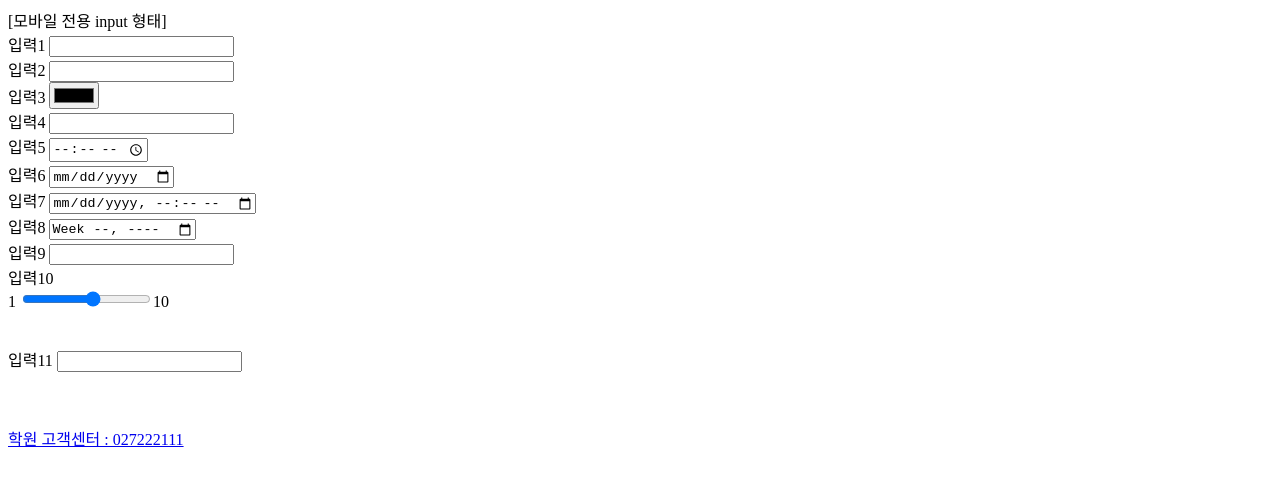
Repository: mnemion/BackendClass
Page: web/src/main/webapp/m/index.html
These files come from the project's save history. The page is drawn as it stood at one moment and after the next save; the edit follows.
The browser window is 1280 px wide. The pictures show the whole page.

Above is the page before, as saved 2023-08-31 06:07:24.

### web/src/main/webapp/m/index.html
<!DOCTYPE html>
<html lang="ko">
<head>
<meta charset="UTF-8">
<meta name="viewport" content="width=device-width, initial-scale=1.0">
<title>모바일 전용 웹페이지</title>
</head>
<body>
[모바일 전용 input 형태]<br>
입력1 <input type="text"><br>		<!-- 일반 입력 (P, M) -->
입력2 <input type="number"><br>	<!-- 숫자만 입력 (M) -->
입력3 <input type="color"><br>	<!-- 색상선택 (P, M) -->
입력4 <input type="tel"><br>		<!-- 전화번호 (M) -->
입력5 <input type="time"><br>		<!-- 시간선택 (P, M) -->
입력6 <input type="date"><br>		<!-- 날짜선택 (P, M) -->
입력7 <input type="datetime-local"><br>	<!-- 날짜, 시간 동시에 입력 (P, M) -->
입력8 <input type="week"><br>		<!-- 몇 주차 (P, M) [ios에서 작동불능] -->
입력9 <input type="email"><br>	<!-- 이메일 (P, M) -->
입력10 <br>		<!-- 수량, 크기 범위 선택 (P, M) -->
<form oninput="sound2.value=parseInt(sound.value)">
1 <input type="range" id="sound" min="1" max="10">10<br>
<output for="sound" name="sound2"></output>
<br><br>
</form>
입력11 <input type="url"><br>		<!-- 도메인, 블로그 등 웹 경로 (M) -->
<br><br><br>
<a href="tel:027222111">학원 고객센터 : 027222111</a>
</body>
</html>

After the next save:
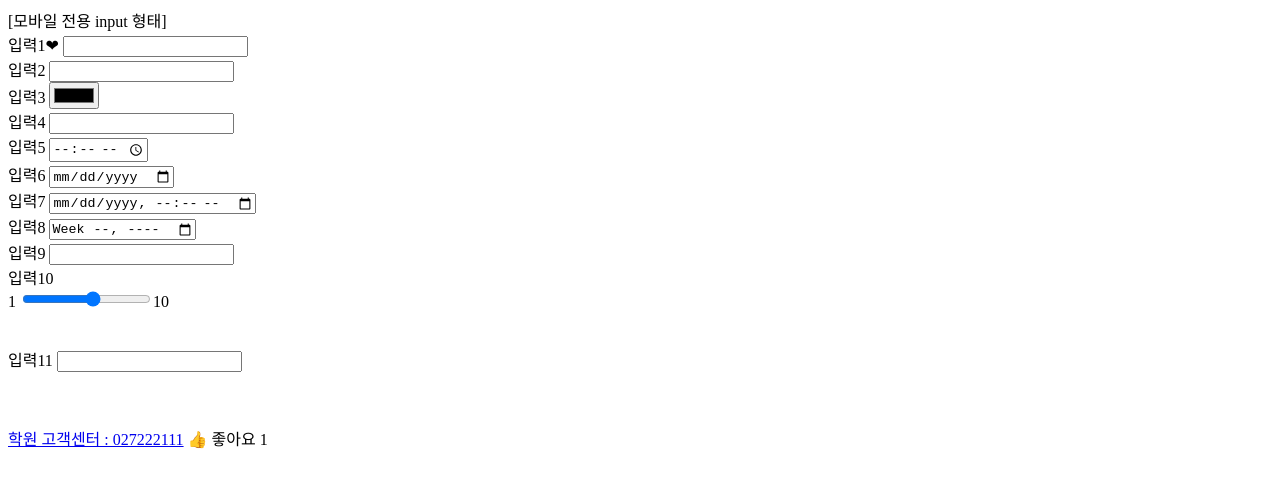
Saved 59 s later.
--- a/web/src/main/webapp/m/index.html
+++ b/web/src/main/webapp/m/index.html
@@ -7,7 +7,7 @@
 </head>
 <body>
 [모바일 전용 input 형태]<br>
-입력1 <input type="text"><br>		<!-- 일반 입력 (P, M) -->
+입력1❤ <input type="text"><br>		<!-- 일반 입력 (P, M) -->
 입력2 <input type="number"><br>	<!-- 숫자만 입력 (M) -->
 입력3 <input type="color"><br>	<!-- 색상선택 (P, M) -->
 입력4 <input type="tel"><br>		<!-- 전화번호 (M) -->
@@ -25,5 +25,6 @@
 입력11 <input type="url"><br>		<!-- 도메인, 블로그 등 웹 경로 (M) -->
 <br><br><br>
 <a href="tel:027222111">학원 고객센터 : 027222111</a>
+👍 좋아요 1
 </body>
 </html>
